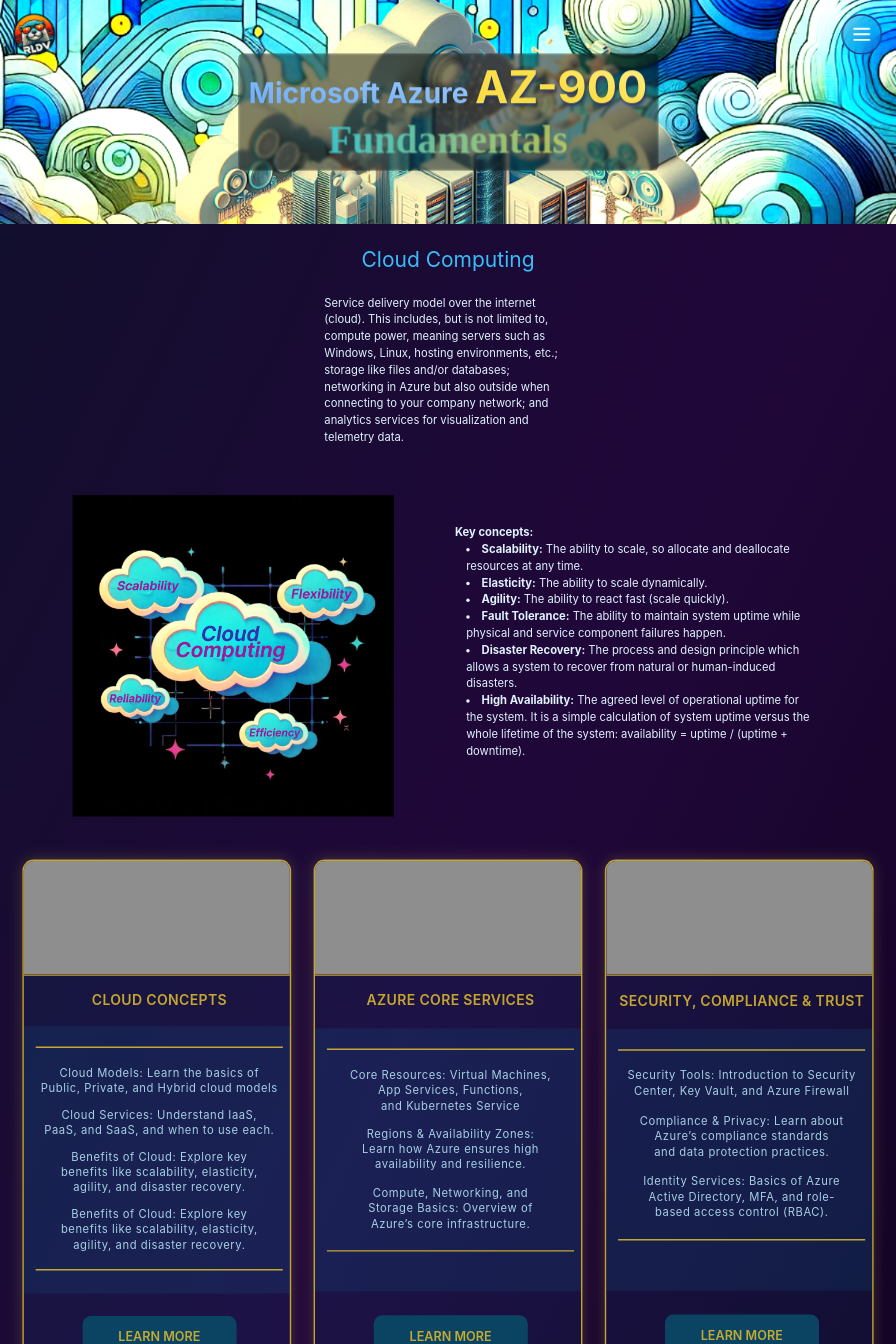
Repository: Freezler/az-900_svelte5
Page: /
The author's editor kept a copy of each file at every save. The page is drawn from the files as they stood at one save, then again after a run of saves.
The browser window is 1280 px wide. The pictures show the part of the page from y = 0 to 1920 px (the page is 2706 px tall), at 70% of full size.
Pictures or frames that could not be fetched are drawn as grey boxes. The project was rebuilt for these pictures with package versions that can differ from the ones it lists, and the page was loaded fresh each time. The framework's server and built-in components were replaced by stand-ins that run in the browser. Also part of the build but not shown: vite.config.ts.

Above is the page before, as saved 2024-11-10 11:00:39.

### src/app.html
<!doctype html>
<html lang="en">
	<head>
		<meta charset="utf-8" />
		<link rel="icon" href="%sveltekit.assets%/favicon.png" />
		<meta name="viewport" content="width=device-width, initial-scale=1" />
		%sveltekit.head%
	</head>
	<body data-sveltekit-preload-data="hover" >
		<div style="display: contents">%sveltekit.body%</div>
	</body>
</html>

### src/routes/+layout.svelte
<script lang="ts">
	import '../app.css';
	let { children } = $props();

</script>

<div class="bg-gradient-to-br from-[#0d0c28fc] via-[#1b0135f9] to-[#10021e] bg-cover bg-center bg-no-repeat ">{@render children()}</div>

### src/routes/+page.svelte
<script lang="ts">
	import ComputingArticle from '../components/ComputingArticle.svelte';

	import Toggle from '../components/Toggle.svelte';
	import Header from '../components/Header.svelte';
	import Popover from '../components/Menu.svelte';
	import Cards from '../components/Cards.svelte';
	import Login from '../components/Login.svelte';
</script>

<header class="">
	<Popover />
	<Header />
</header>
<main>
	<section>
		<ComputingArticle />
		<Cards />
	</section>
	<aside><Toggle /></aside>
	<footer><Login /></footer>
</main>

### src/app.css
@tailwind base;
@tailwind components;
@tailwind utilities;

:root {
  --text-color  : rgba(244, 205, 48, 0.888);
  --bg-color    : hsla(217, 87%, 3%, 0.298);
  --bg-color2   : hsla(299, 91%, 31%, 0.974);
  --bg-gradient : 135deg, rgba(237, 249, 10, .7) 0%, rgba(216, 204, 37, 0.7) 35%, rgba(0, 212, 255, 0.7) 100%;
  --bg-gradient2: 90deg, rgba(216, 204, 37, 0.5) 0%, rgba(0, 212, 255, 0.5) 70%;
}

* {
  margin     : 0;
  padding    : 0;
  box-sizing : border-box;
  user-select: none;
  /* outline : 1px dotted red; */
}

body {
  font-family: 'Inter', sans-serif;


}

### src/components/ComputingArticle.svelte
<div class="grid items-center justify-center gap-8 place-self-center text-sky-100 w-[35ch] pt-8">
	<h2 class="text-3xl text-center text-sky-400">Cloud Computing</h2>
	<p>
		Service delivery model over the internet (cloud). This includes, but is not limited to, compute
		power, meaning servers such as Windows, Linux, hosting environments, etc.; storage like files
		and/or databases; networking in Azure but also outside when connecting to your company network;
		and analytics services for visualization and telemetry data.
	</p>
</div>

<section class="grid items-center grid-cols-1 lg:grid-cols-2 justify-center place-items-center place-self-center place-content-center gap-0	z-10 text-start">
	<img
		src="../public/images/cloud.png"
		alt="cloudSolutions"
		loading="lazy"

		class=" w-full md:w-[672px]  mx-auto rounded-2xl overflow-hidden  pr-12 -mt-8 drop-shadow-[(0_0px_22px_rgba(255,255,99,0.2))] "
	/>
	<article
		class=" text-sky-100 px-8 py-0 w-[572px] md:mr-28 rounded-xl "
	>
		<p><strong>Key concepts:</strong></p>
		<ul class="list-inside list-disc pl-4">
			<li>
				<strong>Scalability:</strong> The ability to scale, so allocate and deallocate resources at any
				time.
			</li>
			<li><strong>Elasticity:</strong> The ability to scale dynamically.</li>
			<li><strong>Agility:</strong> The ability to react fast (scale quickly).</li>
			<li>
				<strong>Fault Tolerance:</strong> The ability to maintain system uptime while physical and service
				component failures happen.
			</li>
			<li>
				<strong>Disaster Recovery:</strong> The process and design principle which allows a system to
				recover from natural or human-induced disasters.
			</li>
			<li>
				<strong>High Availability:</strong> The agreed level of operational uptime for the system. It
				is a simple calculation of system uptime versus the whole lifetime of the system: availability
				= uptime / (uptime + downtime).
			</li>
		</ul>
	</article>
</section>

### src/components/Toggle.svelte
<script lang="ts">

	let name = $state('Randy');
	let status: 'DARK' | 'LIGHT' = $state('DARK');
	let full_name = $derived(name + ' ' + 'de vries');

	function toggle() {
		status = status === 'DARK' ? 'LIGHT' : 'DARK';
	}

	function onclick() {
		status = status === 'DARK' ? 'LIGHT' : 'DARK';
		window.document.body.classList.toggle('dark-mode')
	}
</script>

<div class="max-w-[400px] mx-auto grid place-items-center items-center justify-center gap-2 border-2 p-4  py-8 my-4 bg-yellow-600/10">
		<p class="text-2xl font-serif text-white ">
			set theme: <span class="font-sans {status === 'LIGHT' ? 'text-gray-200' : 'text-red-900'}">{status}</span>
		</p>

		<!-- <button on:click={toggle}>toggle status</button> -->
		<button
			class=" w-[176px] rounded bg-blue-500 px-4 py-2 font-bold text-white hover:bg-blue-700 active:scale-[.98]"
			type="button"
			onclick={toggle}>Toggle theme</button
		>
	</div>

### src/components/Header.svelte
<script lang="ts">
	// Declare props
	let { name = 'AZ-900' } = $props();

	// Local state for the surname
	let surname = $state('Fundamentals');

	// Derived state for the full name
	let full_name = $derived(`${name} ${surname}`);
</script>

<div
	class="max-w-[100svw] z-100 mx-auto grid h-80 place-content-center place-items-center items-center justify-center bg-[url('/public/images/headImage.png')] bg-cover bg-top"
>
	<div class="grid backdrop-blur-[2px] px-4 rounded-lg backdrop-brightness-[.50] pb-4">
		<h1
			class="shadow-[rgba(7, 25, 224, 0.9)] drop bg-clip-text text-center text-[clamp(1rem,5vw,2.5rem)] font-bold text-transparent bg-gradient-to-tr from-blue-400 via-blue-300 to-blue-700  drop-shadow-[-2px_2px_2px_rgba(137, 25, 224, 0.9)]"
		>
			Microsoft Azure <span
				class="bg-gradient-to-tr from-yellow-300 via-yellow-300 to-yellow-200 bg-clip-text text-[clamp(2.8rem,5vw,8.5rem)] font-bold text-transparent drop-shadow-[2px_4px_2px_rgba(36,50,100,0.9)]"
				>{name}</span
			>
		</h1>
		<h3
			class="bg-clip-text text-6xl text-center text-[clamp(1rem,5vw,3.5rem)] font-[700] font-[montserrat] bg-gradient-to-r from-[hsl(192,88%,51%)] via-[--hsl(192,88%,71%)] to-[--text-color]  pb- text-transparent drop-shadow-[2px_4px_32px_rgba(6,100,150,0.9)] backdrop-brightness-[.90] "
		>
			{surname}
		</h3>
	</div>
</div>

### src/components/Menu.svelte
<script lang="ts">
	import { cubicInOut } from 'svelte/easing';
	import { fly } from 'svelte/transition';
	let showMenu: boolean = $state(false);


</script>

	<!-- Your existing code -->

<img
	src="/public/images/Design 2.png"
	alt="Ran form Logo"
	class="fixed left-[16px] top-[16px] w-[64px] rounded-full z-[200]"
/>
<button
	onclick={() => (showMenu = !showMenu)}
	class="fixed right-[20px] top-[20px] flex  h-[58px] w-[58px] items-center justify-center rounded-full bg-blue-600/20 backdrop-blur text-white border-2 border-blue-900"
>
	<svg
		xmlns="http://www.w3.org/2000/svg"
		class="h-8 w-8"
		fill="none"
		viewBox="0 0 24 24"
		stroke="currentColor"
	>
		{#if showMenu}
			<path
				stroke-linecap="round"
				stroke-linejoin="round"
				stroke-width="2"
				d="M6 18L18 6M6 6l12 12"
			/>
		{:else}
			<path
				stroke-linecap="round"
				stroke-linejoin="round"
				stroke-width="2"
				d="M4 6h16M4 12h16M4 18h16"
			/>
		{/if}
	</svg>
</button>

{#if showMenu}
	<ul
		class="items-center justify-center fixed bottom-0 right-0 z-100 grid h-[50vh] w-[100vw] border-t border-blue-900 place-content-center bg-blue-600/20 backdrop-blur text-white uppercase text-center text-xl z-[200]"
		transition:fly={{ y: 100, duration: 420, easing: cubicInOut }}
	>
		<li class="px-2 py-4 w-[80vw] underline underline-offset-4 transition-colors ease-linear duration-400 hover:bg-blue-600/20 rounded-t-lg  bg-blue-200/30">
			<a href="/">Home</a>
		</li>
		<li class=" px-2 py-4 transition-colors hover:underline underline-offset-4  ease-linear duration-400 hover:bg-blue-600/20  bg-blue-200/30">
			<a href="/concepts">Concepts</a>
		</li>
		<li class=" px-2 py-4 transition-colors hover:underline underline-offset-4 ease-linear duration-400 hover:bg-blue-600/20  bg-blue-200/30">
			<a href="/security">Security</a>
		</li>
		<li class="px-2 py-4 transition-colors  hover:underline underline-offset-4 ease-linear duration-400 hover:bg-blue-600/20 rounded-b-lg  bg-blue-200/30">
			<a href="/services">Services</a>
		</li>
	</ul>
{/if}

### src/components/Cards.svelte
<script>
	import { goto } from '$app/navigation';
	// Define your plans as an array of objects
	const concepts = [
		{
			url: 'concepts',
			image:
				'https://learn.microsoft.com/training/achievements/microsoft-azure-fundamentals-describe-cloud-concepts-social.png',
			name: 'Cloud Concepts',
			features: [
				'Cloud Models: Learn the basics of Public, Private, and Hybrid cloud models',
				'Cloud Services: Understand IaaS, PaaS, and SaaS, and when to use each.',
				'Benefits of Cloud: Explore key benefits like scalability, elasticity, agility, and disaster recovery.',
				'Benefits of Cloud: Explore key benefits like scalability, elasticity, agility, and disaster recovery.'

			]
		},
		{
			url: 'services',
			image:
				'https://images.unsplash.com/photo-1667372459510-55b5e2087cd0?q=80&w=1932&auto=format&fit=crop&ixlib=rb-4.0.3&ixid=M3wxMjA3fDB8MHxwaG90by1wYWdlfHx8fGVufDB8fHx8fA%3D%3D',
			name: 'Azure Core Services',
			features: [
				'Core Resources: Virtual Machines, App Services, Functions, and Kubernetes Service',
				'Regions & Availability Zones: Learn how Azure ensures high availability and resilience.',
				'Compute, Networking, and Storage Basics: Overview of Azure’s core infrastructure.'
			]
		},
		{
			url: 'security',
			image:
				'https://plus.unsplash.com/premium_photo-1700830452756-1a3f4314e564?q=80&w=1674&auto=format&fit=crop&ixlib=rb-4.0.3&ixid=M3wxMjA3fDB8MHxwaG90by1wYWdlfHx8fGVufDB8fHx8fA%3D%3D',
			name: 'Security, Compliance & Trust',
			features: [
				'Security Tools: Introduction to Security Center, Key Vault, and Azure Firewall',
				'Compliance & Privacy: Learn about Azure’s compliance standards and data protection practices.',
				'Identity Services: Basics of Azure Active Directory, MFA, and role-based access control (RBAC).'
			]
		}
	];
</script>

<section
	class="z-10 grid grid-rows-1 gap-8 py-8 md:grid-cols-2 md:gap-8 md:px-8 xl:grid-cols-3"
>
	{#each concepts as concept}
		<div
			class=" pt-1  grid grid-rows-[148px_64px_auto_auto] place-items-center overflow-hidden rounded-2xl border-2 border-[--text-color] bg-sky-600/10 pb-9 shadow-[0_0px_22px_rgba(255,255,99,0.2)] brightness-90 transition duration-700 hover:scale-[1.001] hover:border-[hsla(184,69%,60%,1)] hover:shadow-[2px_6px_12px_rgba(22,125,22,0.9)]"
		>
			<img
				src={concept.image}
				class=" z-10 h-[172px] pt-2  w-full border-b-2 border-[--text-color] object-cover object-center hover:border-[hsla(184,69%,60%,1)]"
				loading="lazy"
				alt="concept"
			/>
			<div class="row-span-2 grid grid-cols-subgrid place-items-center items-center justify-center">
				<h2 class="] mt-[28px] text-xl font-semibold uppercase tracking-wide text-[--text-color]">
					{concept.name}
				</h2>
			</div>

			<div
				class=" row-span-12 my-5 w-full grid grid-rows-subgrid place-items-start items-start gap-4 text-pretty border border-transparent bg-sky-500/10 px-4 pt-7 pb-6 text-center"
			>
				{#each concept.features as feature}
					<h3
						class="border-b-1 mx-auto  grid w-[35ch]  grid-rows-subgrid text-balance border-[--text-color] px-0 text-[14px] font-normal leading-snug tracking-wider text-sky-200 py-0 first:border-t-2 first:pt-6 last:pb-6 last:border-b-2 lg:text-[16px] border-s-fuchsia-400 ">
						{feature}
					</h3>
				{/each}
			</div>
			<button
				type="button"
				class="mx-auto mt-3 w-[220px] grid-cols-subgrid rounded-xl border-[2px_solid_var(--text-color)] bg-sky-900 px-8 py-4 text-base font-semibold uppercase text-[--text-color] transition duration-[420ms] hover:bg-sky-500 hover:text-white hover:shadow-[2px_2px_22px_rgb(65,183,255,0.9)] md:text-lg lg:text-lg"
				><a href="/{concept.url}">Learn more</a></button
			>
		</div>
	{/each}
</section>

### src/components/Login.svelte
<script>
	import { onMount } from 'svelte';
	let user = $state('Stranger');
	/**
	 * @param {any} response
	 */
	function googleLoginEndpoint(response) {
	  console.log('Google login successful:', response);
	}

	// onMount(() => {
	//   const script = document.createElement("script");
	//   script.src = "https://accounts.google.com/gsi/client";
	//   script.async = true;
	//   script.defer = true;
	//   document.head.appendChild(script);
	// });
</script>

<div class="relative flex min-h-[60vh] items-center justify-center py-16 ">
	<div class="flex w-full max-w-4xl flex-col overflow-hidden rounded-lg shadow-lg md:flex-row">
		<!-- Left side: Logo and Welcome message -->
		<div
			class="flex flex-col items-center justify-center bg-[url('/public/images/headImage.png')] bg-cover bg-center object-cover p-14 text-white md:w-1/2 "
		>
			<img
				src="/public/images/Design 2.png"
				alt="Ran form Logo"
				class="mb-4 h-40 w-40 rounded-full"
			/>
			<h2 class="text-2xl font-semibold p-2 rounded-xl bg-slate-600/50  ">Good Evening {user}!</h2>
			<p class="mt-2 text-center text-lg rounded-xl bg-slate-600/50  p-2 ">Log in to your account!</p>
		</div>

		<!-- Right side: Login Form -->
		<div
			class="flex flex-col items-center justify-center  h-[50vh] bg-blue-600/40 backdrop-blur pt-8 "
		>
			<!-- Google Login Button -->
			<div
				id="g_id_onload"
				data-client_id="YOUR_GOOGLE_CLIENT_ID"
				data-context="signin"
				data-callback="googleLoginEndpoint"
				data-close_on_tap_outside="false"
				data-prompt_parent_id="g_id_onload"
			></div>

			<button
				class="flex w-3/5 items-center justify-center space-x-2 rounded-full border border-gray-300 bg-white py-2 shadow-md hover:bg-gray-50 focus:outline-none"
			>
				<span class="fab fa-google text-gray-500"></span>
				<span class="text-gray-700">Continue with Google</span>
			</button>

			<!-- Divider -->
			<div class="my-4 flex w-full items-center">
				<hr class="flex-grow border-t border-gray-300" />
				<span class="px-3 text-gray-500">OR</span>
				<hr class="flex-grow border-t border-gray-300" />
			</div>

			<!-- Email Login Button -->
			<button
				class="flex w-3/5 items-center justify-center space-x-2 rounded-full border border-gray-300 bg-white py-2 shadow-md hover:bg-gray-50 focus:outline-none"
			>
				<span class="fa fa-user text-gray-500"></span>
				<span class="text-gray-700">Enter Email & Password</span>
			</button>

			<!-- Sign up and Terms Links -->
			<div class=" w-full text-center">
				<p class="text-sm text-red-300">
					Don't have an account? <a href="_blank" class="text-blue-600 hover:underline">Sign up</a>
				</p>
				<p class="mt-0 text-xs text-gray-500 w-[50ch]">
					By continuing, you agree to our <a href="_blank" target="_blank" class="hover:underline"
						>Terms of Service</a
					>
					and
					<a href="_blank" target="_blank" class="hover:underline">Privacy Policy</a>.
				</p>
			</div>
		</div>
	</div>
</div>

### tailwind.config.ts
import aspectRatio from '@tailwindcss/aspect-ratio';
import containerQueries from '@tailwindcss/container-queries';
import forms from '@tailwindcss/forms';
import typography from '@tailwindcss/typography';
// import type { Config } from 'tailwindcss';

export default {
	content: ['./src/**/*.{html,js,svelte,ts}'],


	theme: {
		extend: {
			animation: {



			},

			keyframes: {

			}

		}
	},

	plugins: [typography, forms, containerQueries, aspectRatio]
}

After the next 2 saves:
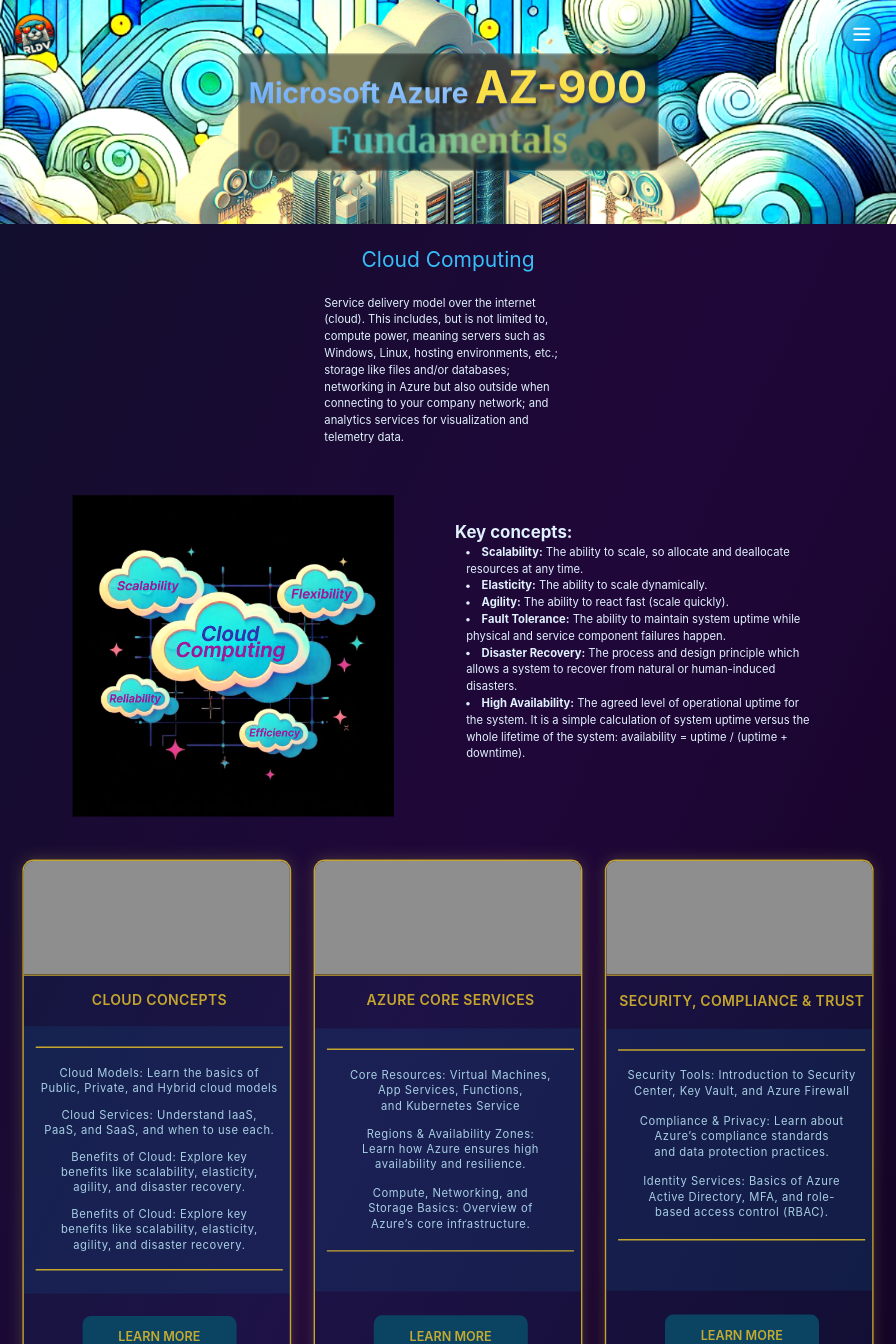
The 2 saves are shown as one change because they came seconds apart.
The last was saved 35 s later.
--- a/src/components/ComputingArticle.svelte
+++ b/src/components/ComputingArticle.svelte
@@ -19,7 +19,7 @@
 	<article
 		class=" text-sky-100 px-8 py-0 w-[572px] md:mr-28 rounded-xl "
 	>
-		<p><strong>Key concepts:</strong></p>
+		<p class="text-2xl"><strong>Key concepts:</strong></p>
 		<ul class="list-inside list-disc pl-4">
 			<li>
 				<strong>Scalability:</strong> The ability to scale, so allocate and deallocate resources at any
